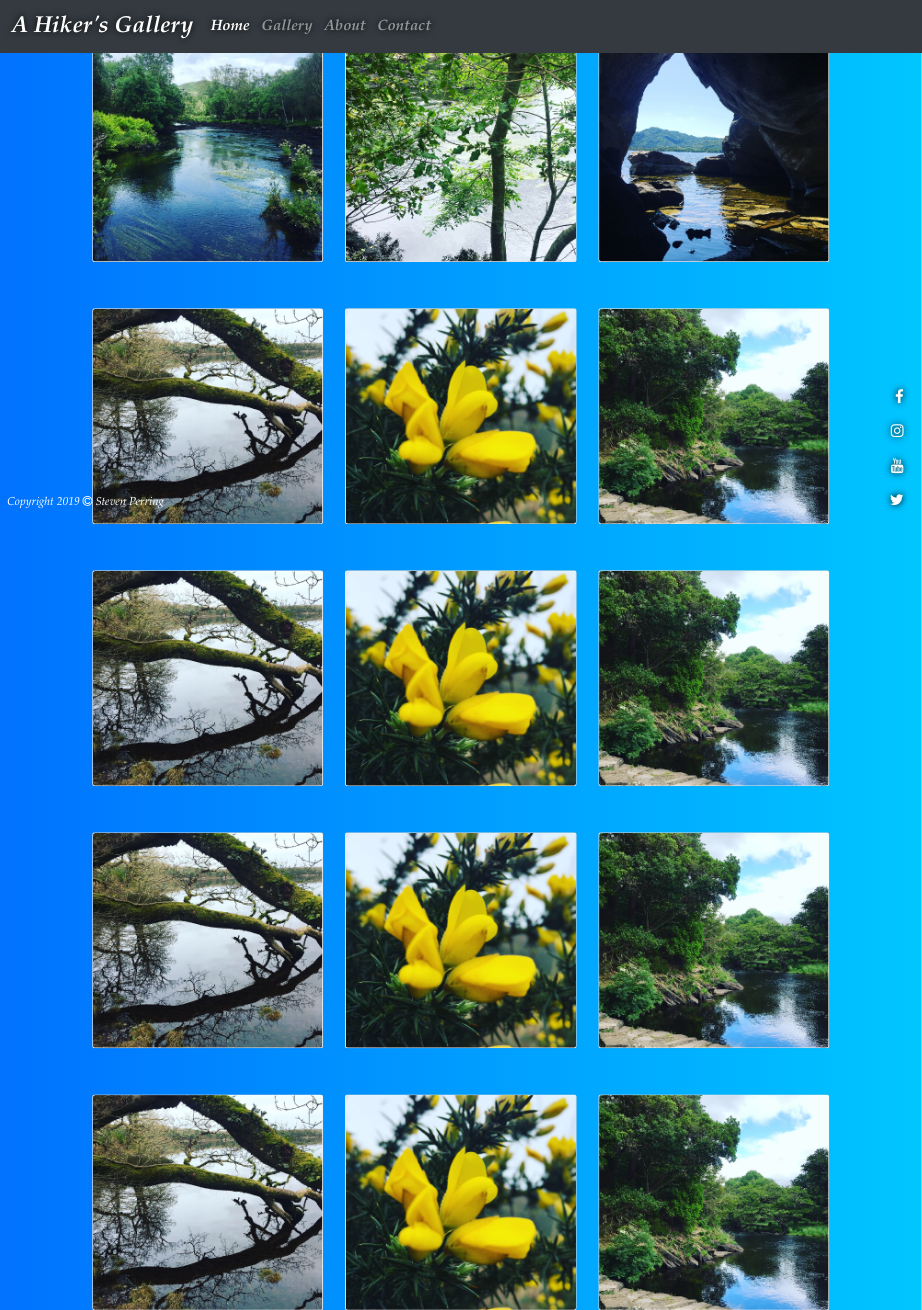
Repository: S-Perring/hiker
Page: gallery.html
The author's editor kept a record of every edit. The page is drawn from the files as they stood at one moment, then again after the next edit.
The browser window is 1280 px wide. The pictures show the whole page, at 72% of full size.
Some web fonts or font styles are not loaded; a fallback is used.

Above is the page before.

### gallery.html
<!DOCTYPE html>
<html lang="en">
<head>
    <meta charset="UTF-8">
    <meta name="viewport" content="width=device-width, initial-scale=1.0">
    <meta http-equiv="X-UA-Compatible" content="ie=edge">
    <link rel="stylesheet" href="https://stackpath.bootstrapcdn.com/bootstrap/4.3.1/css/bootstrap.min.css" type="text/css" />
    <link rel="stylesheet" href="https://stackpath.bootstrapcdn.com/font-awesome/4.7.0/css/font-awesome.min.css" type="text/css" />
    <link rel="stylesheet" href="https://cdnjs.cloudflare.com/ajax/libs/font-awesome/4.7.0/css/font-awesome.min.css">
    <link rel="stylesheet" href="css/style.css" type="text/css" />
    <title>Hiker's Gallery</title>
</head>

<body>

<header>
  <nav class="navbar fixed-top navbar-expand-sm navbar-dark bg-dark scrolling-navbar">
    <a class="navbar-brand" href="#"><strong>A Hiker's Gallery</strong></a>
    <button class="navbar-toggler" type="button" data-toggle="collapse" data-target="#navbarSupportedContent"
      aria-controls="navbarSupportedContent" aria-expanded="false" aria-label="Toggle navigation">
      <span class="navbar-toggler-icon"></span>
    </button>
    <div class="collapse navbar-collapse" id="navbarSupportedContent">
      <ul class="navbar-nav">
        <li class="nav-item active">
          <a class="nav-link" href="index.html">Home <span class="sr-only">(current)</span></a>
        </li>
        <li class="nav-item">
          <a class="nav-link" href="gallery.html">Gallery</a>
        </li>
        <li class="nav-item">
          <a class="nav-link" href="about.html">About</a>
        </li>
        <li class="nav-item">
          <a class="nav-link" href="contact.html">Contact</a>
        </li>
      </ul>
    </div>
  </nav>

</header>

 <section>
            <div class="container-gallery">

                <div class="card-deck">

                    <div class="card">
                        <img src="css/images/1.JPG" class="card-img-top"
                            alt="Lighthouse on top of a cliff at sunset">
                        </div>

                    <div class="card">
                        <img src="css/images/2.JPG" class="card-img-top"
                            alt="Cliffs by the sea at sunset with a bright moon">
                        </div>


                    <div class="card">
                        <img src="css/images/3.JPG" class="card-img-top"
                            alt="A tree with no leaves at the side of a lake">
                        </div>
                      </div>
                      </div>

                <div class="container-gallery">

                <div class="card-deck">

                    <div class="card">
                        <img src="css/images/4.JPG" class="card-img-top"
                            alt="Lighthouse on top of a cliff at sunset">
                        </div>

                    <div class="card">
                        <img src="css/images/7.JPG" class="card-img-top"
                            alt="Cliffs by the sea at sunset with a bright moon">
                        </div>


                    <div class="card">
                        <img src="css/images/6.JPG" class="card-img-top"
                            alt="A tree with no leaves at the side of a lake">
                        </div>
                      </div>
                    </div>


                                    <div class="container-gallery">

                <div class="card-deck">

                    <div class="card">
                        <img src="css/images/4.JPG" class="card-img-top"
                            alt="Lighthouse on top of a cliff at sunset">
                        </div>

                    <div class="card">
                        <img src="css/images/7.JPG" class="card-img-top"
                            alt="Cliffs by the sea at sunset with a bright moon">
                        </div>


                    <div class="card">
                        <img src="css/images/6.JPG" class="card-img-top"
                            alt="A tree with no leaves at the side of a lake">
                        </div>
                      </div>
                    </div>

                                    <div class="container-gallery">

                <div class="card-deck">

                    <div class="card">
                        <img src="css/images/4.JPG" class="card-img-top"
                            alt="Lighthouse on top of a cliff at sunset">
                        </div>

                    <div class="card">
                        <img src="css/images/7.JPG" class="card-img-top"
                            alt="Cliffs by the sea at sunset with a bright moon">
                        </div>


                    <div class="card">
                        <img src="css/images/6.JPG" class="card-img-top"
                            alt="A tree with no leaves at the side of a lake">
                        </div>
                      </div>
                    </div>

                                    <div class="container-gallery">

                <div class="card-deck">

                    <div class="card">
                        <img src="css/images/4.JPG" class="card-img-top"
                            alt="Lighthouse on top of a cliff at sunset">
                        </div>

                    <div class="card">
                        <img src="css/images/7.JPG" class="card-img-top"
                            alt="Cliffs by the sea at sunset with a bright moon">
                        </div>


                    <div class="card">
                        <img src="css/images/6.JPG" class="card-img-top"
                            alt="A tree with no leaves at the side of a lake">
                        </div>
                      </div>
                    </div>



     </section>





<footer class="fixed-bottom">
   <div class="container">
     <ul class="navbar-nav nav-flex-icons">
        <li class="nav-item" id="highlight">
          <a class="nav-link"><i class="fa fa-facebook"></i></a>
        </li>
        <li class="nav-item" id="highlight">
          <a class="nav-link"><i class="fa fa-instagram"></i></a>
        </li>
                <li class="nav-item" id="highlight">
          <a class="nav-link"><i class="fa fa-youtube"></i></a>
        </li>
                </li>
                <li class="nav-item" id="highlight">
          <a class="nav-link"><i class="fa fa-twitter"></i></a>
        </li>
      </ul>
   </div>
      <div class="copyright">Copyright 2019 <i class="fa fa-copyright"></i> Steven Perring</div>
</footer>

    <script src="https://code.jquery.com/jquery-3.3.1.slim.min.js"></script>
    <script src="https://cdnjs.cloudflare.com/ajax/libs/popper.js/1.14.7/umd/popper.min.js"></script>
    <script src="https://stackpath.bootstrapcdn.com/bootstrap/4.3.1/js/bootstrap.min.js"></script>

</body>

</html>

### css/style.css
@import url('https://fonts.googleapis.com/css?family=Garamond:100,200,300,400,500,600,700');


.nav-link {
    font-family: Garamond;
    font-style: italic;
    font-size: 1.3em;
    font-weight: bold;
    text-decoration: none;
}


.main-pic {
    background-image: url(../css/images/main.JPG);
    background-size: cover;
    max-width: 100%;
    height: 100vh;
    padding: 0;
    display: flex;
    align-items: center;
    justify-content: center;
    background-repeat: no-repeat;

}


.navbar-brand {
    font-family: Garamond;
    font-size: 2em;
    font-style: italic;
}

.explore {
    Background-color: rgba(195, 195, 195, 0.4);
    padding: 20%;
    border-radius: 50%;
    font-family: Garamond;
    text-align: center;
    font-style: italic;
    font-size: 2.5em;
    font-weight: bolder;
    color: #4B0082;

}


a {
    text-shadow: 0 0 10px black;
}

footer {
    padding-left: 10px;
    font-family: Garamond;
    font-style: italic;
    color: #fff;
    font-size: 1em;
}

a:hover {
  text-decoration: none;
  color: #fff;
  transition: 1.5s;

}


.icons {
    text-align: center;
}


.copyright {
    display: inline-block;
    margin-bottom: 10px;
    text-align: left;
    width: 60%;
    position: absolute;
    bottom: 0px;

}

#highlight:hover {
  text-decoration: none;
  color: #4B0082;
  cursor: pointer;
}

.container {
    float: right;
    margin: 0;
    width:5%;
    text-align: right;
    margin-right: 10px;

}






.about {
    Background-color: rgba(208, 208, 208, 0.65);
    padding: 10px;
    margin: 15%;
    border-radius: 10%;
    text-align: center;
    color: #4B0082;
    font-family: Garamond;
    font-style: italic;

}




/*------------------- contact form-------------------------*/


body{
    background: -webkit-linear-gradient(left, #0072ff, #00c6ff);

}
.contact-form{
    Background-color: rgba(208, 208, 208, 0.25);
    font-family: Garamond;
    font-style: italic;
    color: #4B0082;
    margin-top: 10%;
    border-radius: 10%;
    margin-bottom: 5%;
    width: 70%;
}
.contact-form .form-control{
    border-radius:1rem;
}

.contact-form form{
    padding: 14%;

}
.contact-form form .row{
    margin-bottom: -7%;

}
.contact-form h3{
    margin-bottom: 8%;
    margin-top: -10%;
    text-align: center;

}
.contact-form .btnContact {
    margin-right: 25%;
    font-family: Garamond;
    font-style: italic;
    border: none;
    border-radius: 1rem;
    padding: 3%;
    background: #4B0082;
    font-weight: 600;
    color: #fff;
    cursor: pointer;
}


.btnContactSubmit{

    color: #fff;
    background-color: #0062cc;
    border: none;
    cursor: pointer;
}

/*------------------- gallery-------------------------*/

.container-gallery {
    margin-top: 5%;
    margin-left: 10%;
    margin-right: 10%;
    font-family: Garamond;
    font-style: italic;
    text-align: center;
    color: #4B0082;
    padding: inherit;


}

.card {
    position: relative;
    float: left;
    width:  300px;
    height: 300px;
    overflow: hidden;



}

After the next edit:
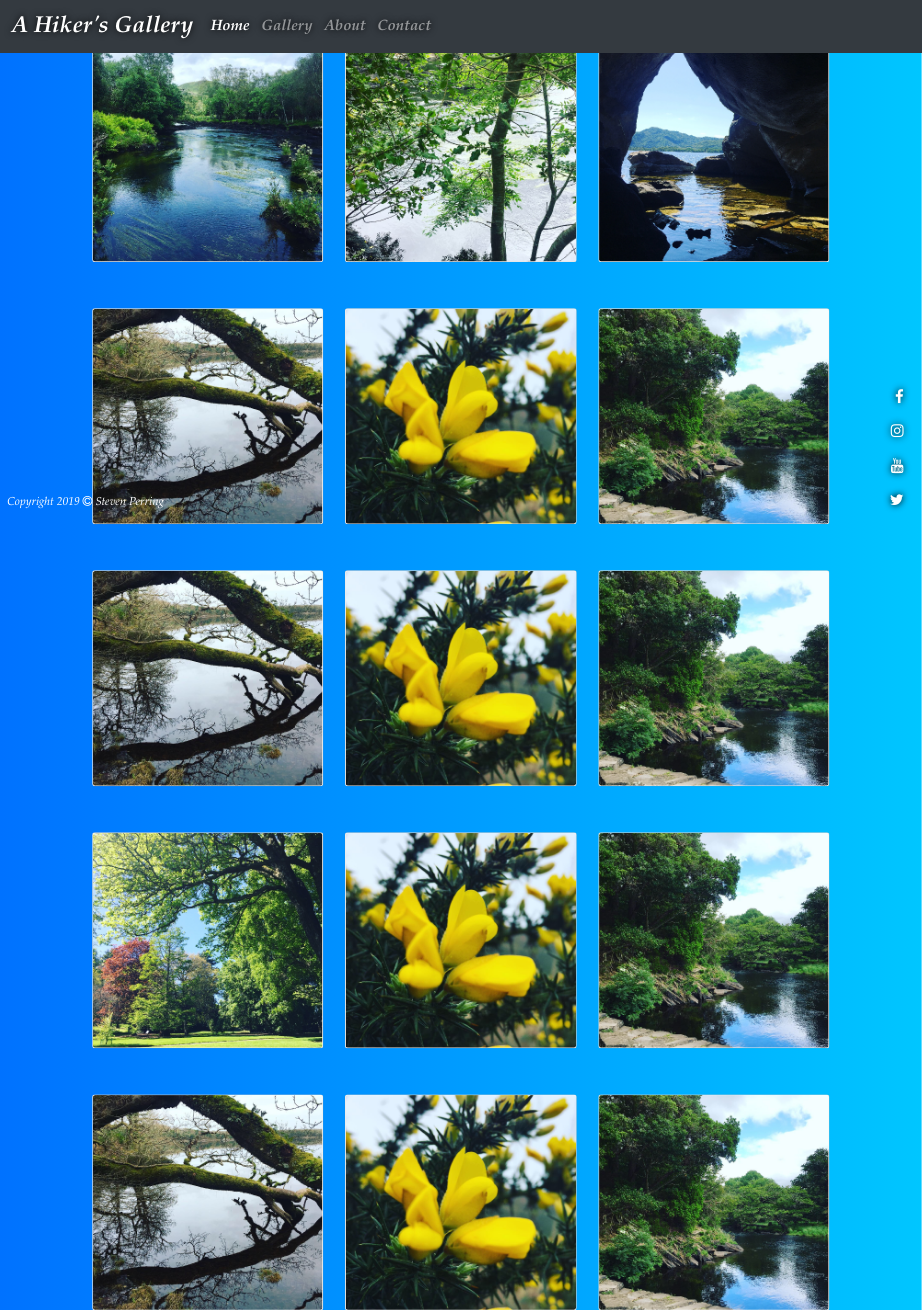
The edit:
--- a/gallery.html
+++ b/gallery.html
@@ -113,7 +113,7 @@
                 <div class="card-deck">
 
                     <div class="card">
-                        <img src="css/images/4.JPG" class="card-img-top"
+                        <img src="css/images/9.JPG" class="card-img-top"
                             alt="Lighthouse on top of a cliff at sunset">
                         </div>
 
